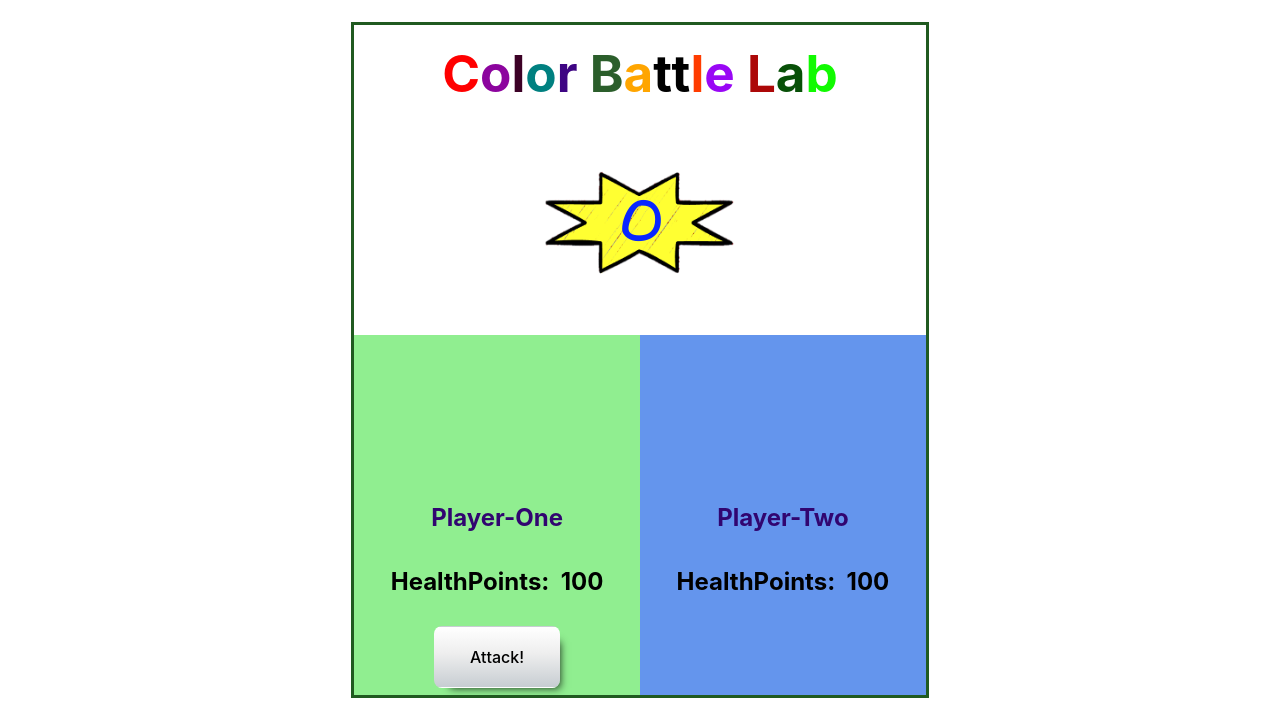
Repository: RAWdevX21/color-battle_lab-build
Page: /
The author's editor kept a copy of each file at every save. The page is drawn from the files as they stood at one save, then again after the next save.
The browser window is 1280 px wide. The pictures show the whole page.
Some web fonts or font styles are not loaded; a fallback is used. The project was rebuilt for these pictures with package versions that can differ from the ones it lists, and the page was loaded fresh each time. Also part of the build but not shown: vite.config.js.

Above is the page before, as saved 2023-08-17 09:45:55.

### index.html
<!doctype html>
<html lang="en">
  <head>
    <meta charset="UTF-8" />
    <link rel="icon" type="image/svg+xml" href="/vite.svg" />
    <link rel="preconnect" href="https://fonts.googleapis.com">
    <link rel="preconnect" href="https://fonts.gstatic.com" crossorigin>
    <link href="https://fonts.googleapis.com/css2?family=Architects+Daughter&family=Short+Stack&family=Tillana&display=swap" rel="stylesheet">
    <meta name="viewport" content="width=device-width, initial-scale=1.0" />
    <title>Color Battle</title>
  </head>
  <body>
    <div id="root"></div>
    <script type="module" src="/src/main.jsx"></script>
  </body>
</html>

### src/App.jsx
import { useState } from "react";
import GameBanner from "./Components/GameBanner";
import Player from "./Components/PlayerInfo";
import "./App.css";

export default function App() {

  const [player1, setPlayer1] = useState({
    name: "Player-One",
    color: "lightgreen",
    healthpoints: 100,
    turn: true
  });

  const [player2, setPlayer2] = useState({
    name: "Player-Two",
    color: "cornflowerblue",
    healthpoints: 100,
    turn: false
  });

  const [dice, setDice] = useState(0);

  const handleAttack = (attacker, defender, setAttacker, setDefender) => {
    console.log("Attack button pressed");
    const damage = Math.floor(Math.random() * 12) + 1;
    console.log("Calculated damage:", damage);
    setDice(damage);

    setDefender((prevDefender) => ({
      ...prevDefender,
      healthpoints: prevDefender.healthpoints - damage
    }));

    setAttacker((prevAttacker) => ({
      ...prevAttacker,
      turn: false
    }));

    // Switch turns
    if (attacker === player1) {
      setPlayer2((prevPlayer2) => ({
        ...prevPlayer2,
        turn: true
      }));
    } else {
      setPlayer1((prevPlayer1) => ({
        ...prevPlayer1,
        turn: true
      }));
    }

    if (defender.healthpoints - damage <= 0) {
      alert(`${attacker.name} wins!`);
    }
  };

  return (
    <div className="game-board">
      <GameBanner damagePoints={dice} />

      <div className="players-container">
        <div className="player-wrapper">
          <Player
            key={player1.name}
            player={player1}
            onAttack={() =>
              handleAttack(player1, player2, setPlayer1, setPlayer2)
            }
          />
        </div>
        <div className="player-wrapper">
          <Player
            key={player2.name}
            player={player2}
            onAttack={() =>
              handleAttack(player2, player1, setPlayer2, setPlayer1)
            }
          />
        </div>
      </div>
    </div>
  );
}

### src/index.css
:root {
  font-family: Inter, system-ui, Avenir, Helvetica, Arial, sans-serif;
  line-height: 1.5;
  font-weight: 400;

  color-scheme: light dark;
  background-color: #242424;

}

body {
  margin: 0;
  display: flex;
  place-items: center;
  min-width: 320px;
  min-height: 100vh;
}

h1 {
  font-size: 3.2em;
  line-height: 1.1;
}

button {
  border-radius: 8px;
  border: 1px solid transparent;
  padding: 0.6em 1.2em;
  font-size: 1em;
  font-weight: 500;
  font-family: inherit;
  background-color: #1a1a1a;
  cursor: pointer;
  transition: border-color 0.25s;
}
button:hover {
  border-color: #646cff;
}
button:focus,
button:focus-visible {
  outline: 4px auto -webkit-focus-ring-color;
}

@media (prefers-color-scheme: light) {
  :root {
    background-color: #ffffff;
  }

  button {
    background-color: #ffffff;
  }
}

### src/Components/GameBanner.jsx
import './GameBanner.css';
import Die from "./Die";

const GameBanner = ({ damagePoints }) => {
    return (
      <div className="banner">
        <h1>
          <span className="banner--c">C</span>
          <span className="banner--o">o</span>
          <span className="banner--l">l</span>
          <span className="banner--o2">o</span>
          <span className="banner--r">r</span>
          &nbsp;
          <span className="banner--b">B</span>
          <span className="banner--a">a</span>
          <span className="banner--t">t</span>
          <span className="banner--t">t</span>
          <span className="banner--l2">l</span>
          <span className="banner--e">e</span>
          &nbsp;
          <span className="banner--l3">L</span>
          <span className="banner--a2">a</span>
          <span className="banner--b2">b</span>
        </h1>
        <div className="damage-points">
          <Die value={damagePoints} />
        </div>
      </div>
    );
}

export default GameBanner;

### src/Components/PlayerInfo.jsx
import "./PlayerInfo.css";

const Player = ({ player, onAttack }) => {

  console.log(`${player.name}'s HealthPoints:`, player.healthpoints);

  return (
    <div className="player" style={{ backgroundColor: player.color }}>
      <h2>{player.name}</h2>
      <p
        className="hp"
        style={{ fontSize: "1.5rem", fontWeight: "bold", color: "black" }}>
        HealthPoints: &nbsp;{player.healthpoints}
      </p>
      {player.turn && (
        <button className="attack-button" onClick={onAttack}>
          Attack!
        </button>
      )}
    </div>
  );
};

export default Player;

### src/App.css
#root {
  margin: 0 auto;
  text-align: center;
  border: 3px solid rgba(3, 69, 3, 0.884);
}

h2 {
  color: rgb(49, 5, 112);
}

.players-container {
  display: flex;
  align-items: stretch;
}

.player-wrapper {
  flex: 1;
  height: 50vh;
  min-height: 50vh;
  box-sizing: border-box;
  overflow: hidden;
}

### src/Components/GameBanner.css
.banner {
    text-align: center;
    padding: 1em 5.5rem 2em;
    background-color: #ffffff;
    color: black;
}

.damage-points {
    margin-top: 10px;
    font-size: 6rem;
}

h1 {
    margin-top: 0.25rem;
}

.banner h1 span.banner--c { color: red; }
.banner h1 span.banner--o { color: rgb(140, 4, 158); }
.banner h1 span.banner--l { color: rgb(60, 1, 38); }
.banner h1 span.banner--o2 { color: teal; }
.banner h1 span.banner--r { color: rgb(62, 5, 131); }
.banner h1 span.banner--b { color: rgb(43, 94, 43); }
.banner h1 span.banner--a { color: orange; }
.banner h1 span.banner--t { color: black; }
.banner h1 span.banner--l2 { color: rgb(255, 60, 0); }
.banner h1 span.banner--e { color: rgb(153, 7, 245); }
.banner h1 span.banner--l3 { color: rgb(172, 8, 8); }
.banner h1 span.banner--a2 { color: rgb(8, 80, 8); }
.banner h1 span.banner--b2 { color: rgb(17, 250, 1); }

### src/Components/Die.jsx
import "./Die.css";

const Die = ({ value }) => {
  return <div className="die-container">{value}</div>;
};

export default Die;

### src/Components/PlayerInfo.css
div.player {
    height: 30rem;
    padding-top: 50%;
    line-height: 2.5rem;
}

.player {
    padding: 20px;
    box-sizing: border-box;
    background-color: #f5f5f5;
}

.attack-button {
    padding: 20px 35px;
    background-color: rgb(242, 229, 229);
    color: black;
    background: #FFFFFF;
    background: -moz-linear-gradient(top, #FFFFFF 0%, #EEEEEE 44%, #C7CDD2 100%);
    background: -webkit-linear-gradient(top, #FFFFFF 0%, #EEEEEE 44%, #C7CDD2 100%);
    background: linear-gradient(to bottom, #FFFFFF 0%, #EEEEEE 44%, #C7CDD2 100%);
    -webkit-box-shadow: 8px 8px 8px -8px rgba(0,0,0,0.85);
    box-shadow: 8px 8px 8px -8px rgba(0,0,0,0.85);
    cursor: pointer;
}

### src/Components/Die.css
.die-container {
    font-family: 'Short Stack', 'Architects Daughter', 'Tillana', cursive;
    color: rgb(9, 38, 255);
    display: flex;
    align-items: center;
    justify-content: center;
    font-size: 4rem;
    font-weight: bold;
    padding-bottom: 2rem;
    padding-top: 2.5rem;
    background-image: url('../assets/pow.png');
    background-size: 13rem 13.5rem;
    background-position: center;
    background-repeat: no-repeat
}

Loaded but not shown: src/main.jsx (common file)

After the next save:
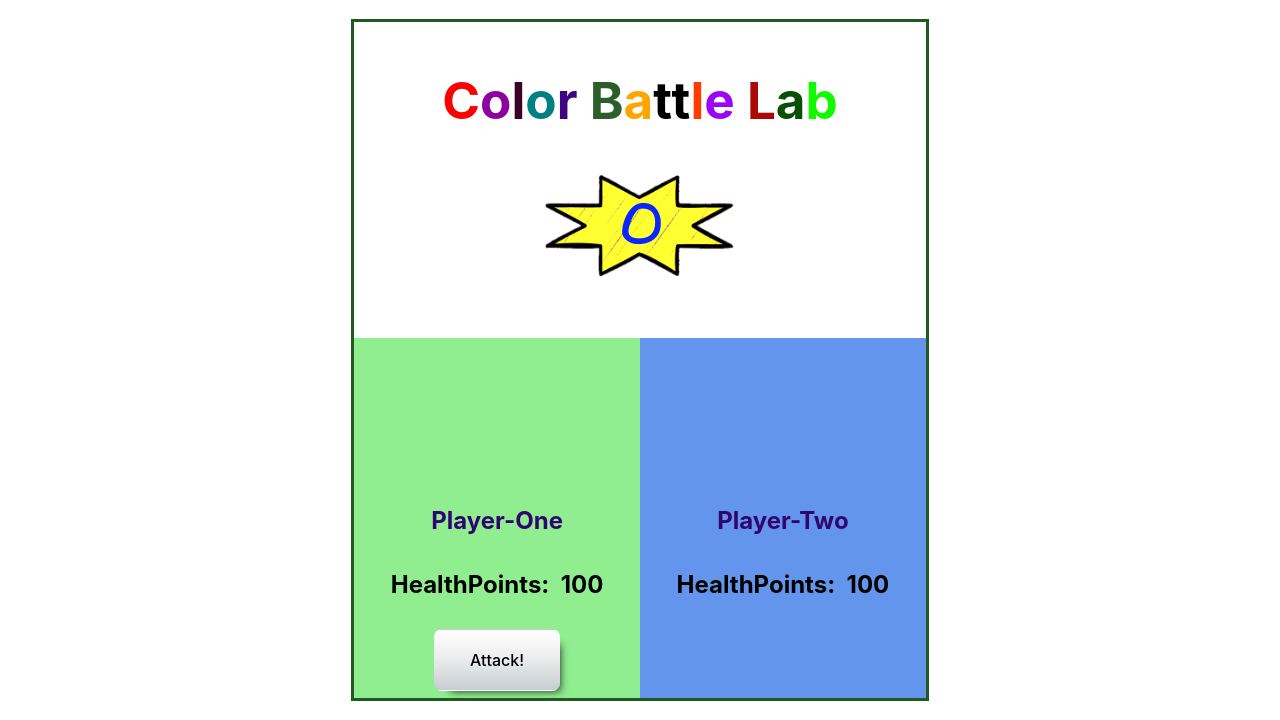
Saved 15 s later.
--- a/src/Components/GameBanner.css
+++ b/src/Components/GameBanner.css
@@ -11,7 +11,7 @@
 }
 
 h1 {
-    margin-top: 0.25rem;
+    margin-bottom: 0.25rem;
 }
 
 .banner h1 span.banner--c { color: red; }
